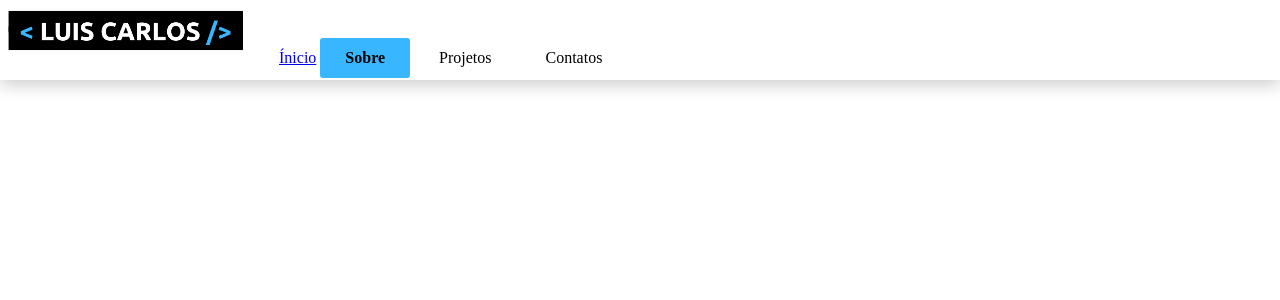
Repository: Iluiscarlos/SitePortifolio
Page: about.html
The author's editor kept a copy of each file at every save. The page is drawn from the files as they stood at one save, then again after the next save.
The browser window is 1280 px wide. The pictures show the whole page.
Some web libraries are served in a nearby version.

Above is the page before, as saved 2022-05-23 21:44:11.

After the next save:
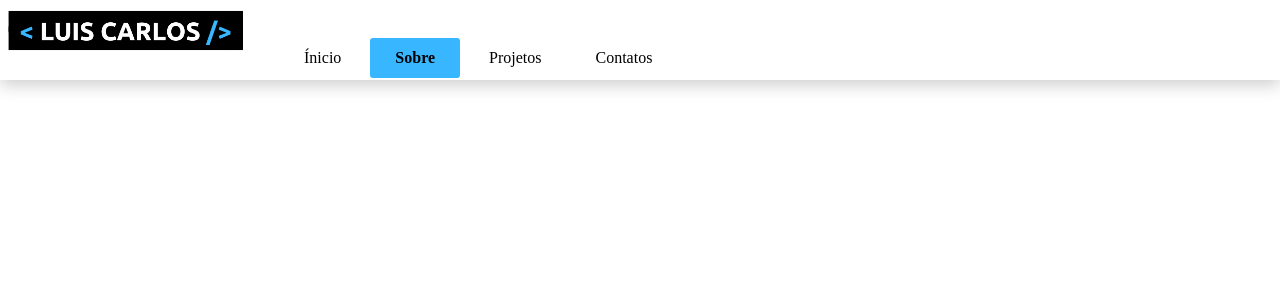
Saved 26 s later.
--- a/about.html
+++ b/about.html
@@ -20,7 +20,7 @@
     <header class="header">
         <img src="icons/logo.png" class="header__logo">
         <nav class="menu__item">
-            <a href="index.html">Ínicio</a>
+            <a href="index.html" class="menu__item">Ínicio</a>
             <a href="about.html" target="_self" class=" menu__item menu__item--active">Sobre</a>
             <a href="#" class="menu__item">Projetos</a>
             <a href="#" class="menu__item">Contatos</a>
